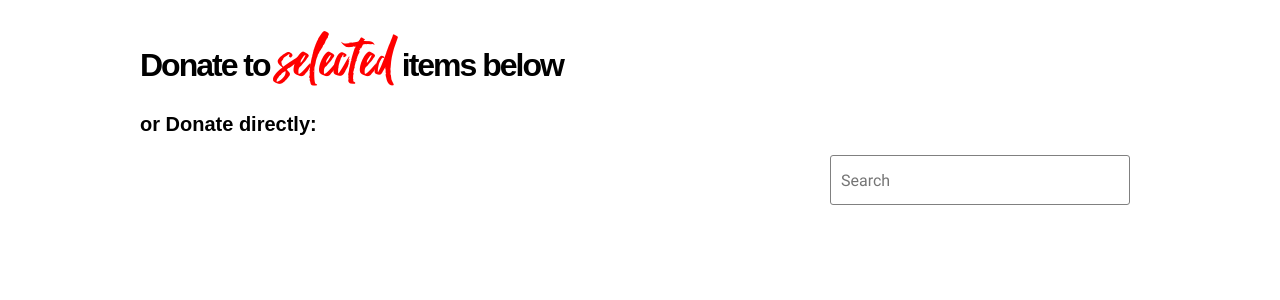
Repository: David-Waite/edableStyleChanges
Page: /
An editor plug-in stored every save of this project. The page is shown before and after a run of saves, followed by the edit.
The browser window is 1280 px wide. The pictures show the whole page.
The page's requests for data from a server got no answer. The project was rebuilt for these pictures with package versions that can differ from the ones it lists, and the page was loaded fresh each time. Some packages were replaced by stand-ins written for this rebuild. No one was signed in, and anything a server would have sent is missing. Queries for data that is not in the repository find no rows. Also part of the build but not shown: src/components/Item/ProgressBar.css, src/components/Volunteer/Volunteer.tsx, src/components/DonorForm/Message.css, src/components/Volunteer/VolunteerError.tsx, src/components/Default.tsx, src/components/DonorForm/Paypal.tsx, src/components/DonorForm/DonorForm.tsx, src/components/DonorForm/PastDonations.css and 8 more.

Above is the page before, as saved 2022-11-09 19:12:56.

### public/index.html
<!DOCTYPE html>
<html lang="en">
  <head>
    <meta charset="utf-8" />
    <link rel="icon" href="%PUBLIC_URL%/favicon.ico" />
    <meta name="viewport" content="width=device-width, initial-scale=1" />
    <meta name="theme-color" content="#000000" />
    <meta name="description" content="EdAble Donations System" />
    <link rel="apple-touch-icon" href="%PUBLIC_URL%/logo192.png" />
    <link rel="manifest" href="%PUBLIC_URL%/manifest.json" />
    <link
      rel="stylesheet"
      href="https://cdn.jsdelivr.net/npm/bootstrap@5.2.0-beta1/dist/css/bootstrap.min.css"
      integrity="sha384-0evHe/X+R7YkIZDRvuzKMRqM+OrBnVFBL6DOitfPri4tjfHxaWutUpFmBp4vmVor"
      crossorigin="anonymous"
    />
    <title>EdAble Donations</title>
  </head>
  <body>
    <noscript>You need to enable JavaScript to run this app.</noscript>
    <div id="root"></div>
  </body>
  <script src="./iframeResizer.contentWindow.min.js"></script>
</html>

### src/index.tsx
import React from 'react';
import ReactDOM from 'react-dom/client';
import './index.css';
import App from './App';
import reportWebVitals from './reportWebVitals';
import './fonts/Roboto/Roboto-Medium.ttf';
import './fonts/Lora/Lora-VariableFont_wght.ttf';

const root = ReactDOM.createRoot(
  document.getElementById('root') as HTMLElement
);
root.render(
  <React.StrictMode>
    <App />
  </React.StrictMode>
);

// If you want to start measuring performance in your app, pass a function
// to log results (for example: reportWebVitals(console.log))
// or send to an analytics endpoint. Learn more: https://bit.ly/CRA-vitals
reportWebVitals();

### src/index.css
body {
  margin: 0;
  -webkit-font-smoothing: antialiased;
  -moz-osx-font-smoothing: grayscale;
}

code {
  font-family: source-code-pro, Menlo, Monaco, Consolas, "Courier New",
    monospace;
}

* {
  box-sizing: border-box;
}

#page-wrap {
  padding-bottom: 10px;
  padding-top: 10px;
}
@font-face {
  font-family: "Roboto";
  src: local("Roboto"),
    url("./fonts/Roboto/Roboto-Medium.ttf") format("truetype");
}

@font-face {
  font-family: "Lora";
  src: local("Lora"),
    url("./fonts/Lora/Lora-VariableFont_wght.ttf") format("truetype");
}

@font-face {
  font-family: "black_stonealternative";
  src: local("blackStone"),
    url("./fonts/BlackStone/blackstone-alternative-webfont.woff") format("woff");
}

h1 {
  font-family: "Roboto";
  font-style: normal;
  font-weight: 700;
  font-size: 52px;
  line-height: 64px;
  /* identical to box height, or 123% */
  color: #000000;
}

h2 {
  font-family: "Lora";
  font-style: normal;
  font-weight: 700;
  font-size: 47px;
  line-height: 60px;
  /* identical to box height, or 128% */
  color: #f1f1f1;
}

h3 {
  font-family: "Lora";
  font-style: normal;
  font-weight: 700;
  font-size: 40px;
  line-height: 51px;
  color: #c4c4c4;
}

h4 {
  font-family: "Roboto";
  font-style: normal;
  font-weight: 700;
  font-size: 35px;
  line-height: 43px;
  /* identical to box height, or 123% */
  letter-spacing: 0.02em;
  color: #000000;
}

h5 {
  font-family: "Roboto";
  font-style: normal;
  font-weight: 700;
  font-size: 28px;
  line-height: 44px;
  /* identical to box height, or 157% */
  color: #000000;
}

h6 {
  font-family: "Roboto";
  font-style: normal;
  font-weight: 700;
  font-size: 21px;
  line-height: 25px;
  /* identical to box height */
  color: #000000;
}

body {
  font-family: "Roboto";
  font-style: normal;
  font-weight: 400;
  font-size: 21px;
  line-height: 32px;
  /* identical to box height, or 152% */
  color: #000000;
}

### src/App.tsx
import React from "react";
import "./App.css";
import { BrowserRouter, Routes, Route } from "react-router-dom";

import { PayPalScriptProvider } from "@paypal/react-paypal-js";
import Base from "./components/Base";
import Landing from "./components/Landing/Landing";
import Volunteer from "./components/Volunteer/Volunteer";
import VolunteerError from "./components/Volunteer/VolunteerError";
import Default from "./components/Default";
import Organisation from "./components/Organisation/Organisation";
import ItemPage from "./components/Item/ItemPage";
import Success from "./components/DonorForm/Success";
import Cancel from "./components/DonorForm/Cancel";
import PastDonations from "./components/DonorForm/PastDonations";
import PastItemDonations from "./components/DonorForm/PastItemDonations";
import DonateTime from "./components/Volunteer/DonateTime";

function App() {
  return (
    <PayPalScriptProvider
      options={{
        "client-id":
        process.env.REACT_APP_PAYPAL_CLIENT_ID||"ATT3Tn46NrmHggGqVC4mzWOZWlnbp2ID9DA0yQnhsgqPFIVPPlLhfSI_-atbZc3aN7n_k7wUVTyQJMnI",
        currency: "AUD",
      }}
    >
      <BrowserRouter>
        <Routes>
          <Route path="/" element={<Base />}>
            <Route path="/" element={<Landing />} />
            <Route path="volunteer" element={<Volunteer />} />
            <Route path="success" element={<Success />} />
            <Route path="organisation/:orgId" element={<Organisation />} />
            <Route path="cancel/:orgId" element={<Cancel />} />
            <Route path="volunteererror/:orgId" element={<VolunteerError />} />
            <Route path="organisation/:orgId" element={<PastDonations />} />
            <Route path="item/:orgID/:itemID" element={<ItemPage />} />
            <Route path="item/:orgID/:itemID" element={<PastItemDonations />} />
            <Route path="volunteer/organisation/:orgId" element={<DonateTime />} />
            <Route path="volunteer/success" element={<Success />} />

            {/* Using path="*"" means "match anything", so this route
                acts like a catch-all for URLs that we don't have explicit
              routes for. */}
            <Route path="*" element={<Default />} />
          </Route>
        </Routes>
      </BrowserRouter>
    </PayPalScriptProvider>
  );
}

export default App;

### src/App.css
.App {
  text-align: center;
}

.App-logo {
  height: 40vmin;
  pointer-events: none;
}

@media (prefers-reduced-motion: no-preference) {
  .App-logo {
    animation: App-logo-spin infinite 20s linear;
  }
}

.App-header {
  background-color: #282c34;
  min-height: 100vh;
  display: flex;
  flex-direction: column;
  align-items: center;
  justify-content: center;
  font-size: calc(10px + 2vmin);
  color: white;
}

.App-link {
  color: #61dafb;
}

@keyframes App-logo-spin {
  from {
    transform: rotate(0deg);
  }
  to {
    transform: rotate(360deg);
  }
}

.font-face-rob {
  font-family: "Roboto";
}

.font-face-lora {
  font-family: "Lora";
}

.font-face-Black {
  font-family: "black_stonealternative";
}

### src/components/Base.tsx
import { Outlet } from 'react-router-dom';

function BasePage() {
  return (
    <>
      {/* An <Outlet> renders whatever child route is currently active,
          so you can think about this <Outlet> as a placeholder for
        the child routes we defined above. */}
      <Outlet/>
    </>
  );
}

export default BasePage;

### src/components/Landing/Landing.tsx
import { useEffect, useState } from "react";
import "./Landing.css";
import { Link } from "react-router-dom";
import { db } from "../../config/firebase";
import { collection, query, onSnapshot, where } from "firebase/firestore";
import { Button, Container, Carousel, Row, Col } from "react-bootstrap";
import { ReactComponent as InclusionHero } from "./InclusionHero.svg";

import Sidebar from "./Sidebar";
import ItemsCollection from "./ItemsCollection";
import Organisation from "../Organisation/Organisation";

function Landing() {
  const [orgList, setOrgList] = useState<any>([]);

  // gets all the orgs from dbs
  useEffect(() => {
    const q = query(
      collection(db, "Organisations"),
      where("activeStatus", "==", true)
    );
    onSnapshot(q, (querySnapshot) => {
      // setOrgList dumps all the orgs in orgList
      setOrgList(
        querySnapshot.docs.map((doc) => ({
          id: doc.id,
          data: doc.data(),
        }))
      );
    });
  }, []);

  useEffect(() => {
    window.scrollTo(0, 0);
  }, []);

  return (
    //   these lines set up the format of the page
    <>
      <div className="landing">
        {/* Burger menu */}

        <div className="App" id="outer-container">
          {/* Carousel */}
          <div className="slideshowCon">
            <Row>
              <Col>
                <div className="carouselContainer">
                  <Carousel
                    touch={true}
                    interval={4000}
                    indicators={true}
                    variant="light"
                  >
                    {orgList.map((org: any) => (
                      <Carousel.Item
                        key={org.id.toString()}
                        style={{
                          textAlign: "left",
                        }}
                      >
                        <Link
                          to={`organisation/${org.id}`}
                          style={{
                            textDecoration: "none",
                            color: "black",
                          }}
                        >
                          {/* this div contains the carousel item's contents and makes the whole carousel item a link (based on link tag above) */}
                          <div className="carousel-contents">
                            <img
                              className="carouselImage"
                              src={`${org.data.img}`}
                            />

                            <div className="caroursel-text">
                              <div className="carousel-contents-bottom">
                                <div>
                                  {" "}
                                  <h2 className="title">{org.data.name}</h2>
                                  <p className="orgSummary">
                                    {org.data.summary}
                                  </p>
                                </div>

                                <Button
                                  className="btnContribute"
                                  variant="warning"
                                >
                                  DONATE TO&#160;
                                  {org.data.name.toUpperCase()}!
                                </Button>
                              </div>
                            </div>
                          </div>
                        </Link>
                      </Carousel.Item>
                    ))}
                  </Carousel>
                </div>
              </Col>
            </Row>
          </div>
        </div>

        <div>
          <h2 className="pageTitle">
            Donate to <span>selected</span> items below
            <br />
          </h2>
          <div className="selectOrgCon">
            <h2 className="selectOrg">or Donate directly:</h2>
          </div>
        </div>

        <ItemsCollection orgList={orgList} />
      </div>
    </>
  );
}

export default Landing;

### src/components/Landing/Landing.css
.carousel-control-next,
.carousel-control-prev {
  width: 10%;
}

.landing {
  max-width: 1000px;

  margin: 0px auto 90px;
}
.pageTitle {
  font-size: 32px;
  color: black;
  font-family: sans-serif;
  margin-top: 60px;
  margin-bottom: 40px;
  letter-spacing: -2px;
  line-height: 0px;
  font-weight: 700;
}

.title {
  font-size: 32px;
  color: white;
  font-family: sans-serif;
}
.pageTitle span {
  font-family: "black_stonealternative";
  margin-left: 0px;
  margin-right: 0px;
  font-size: 55px;
  letter-spacing: 1px;
  font-weight: 100;
}

.selectOrg {
  font-size: 20px;
  color: black;
  font-family: sans-serif;
  padding-top: 5px;
  font-weight: 700;
}
.selectOrgCon {
  height: 40px;
  display: flex;
  align-items: center;
  margin-bottom: 0px;
}

.col {
  padding: 0;
}

.navBarContainer {
  margin-left: 30px;
  margin-top: 10px;
  position: absolute;
  color: white;
}

.carousel {
  /* margin: 3px; */
  /* border-radius: 30px; */

  color: white;
  /* height: ; */
}

.carouselImage {
  object-fit: cover;
  height: calc(500px - 140px);
}

.carousel-contents {
  display: flex;

  flex-direction: column;
  justify-content: flex-end;

  color: white;
  height: 500px;
}

.carousel-indicators {
  margin-bottom: 10px;
}

.carousel-contents-bottom {
  display: flex;
  align-items: center;
  justify-content: space-between;
  gap: 10px;

  margin-bottom: 30px;
}

.caroursel-text {
  padding: 0px 25px;
  height: 140px;
  background-color: #333333;
}

.btnContribute {
  background-color: #e50040;
  color: white;
  border: none;
  border-radius: 3px;
}

.btnContribute span {
  margin-left: 3px;
  font-size: 16px;
  font-weight: 400;
  color: white;
}

.btnContribute div {
  font-size: 16px;
  font-weight: 400;
  margin: 0;
}

.btnContribute:hover {
  background-color: #d4033e;
  color: white;
}

.orgSummary {
  font-size: 16px;
  line-height: 25px;
  margin-bottom: 0px;
}

.imgCarousel {
  width: 100%;
  height: 600px;
}

.orgList {
  font-family: sans-serif;
  font-size: 20px;
  color: black;
}

.orgListCon {
  display: flex;
  align-items: center;
}
@media (max-width: 1040px) {
  .landing {
    padding: 0 20px;
  }
}

@media (max-width: 900px) {
  .title {
    font-size: 28px !important;
  }
}

@media (max-width: 800px) {
  .carousel-contents-bottom {
    flex-direction: column;
    align-items: flex-start;

    gap: 0px;
  }
  .caroursel-text {
    height: 200px;
  }
}

@media (max-width: 500px) {
  .btnContribute div {
    width: 100%;
  }

  .caroursel-text {
    height: 220px;
  }
}

@media (max-width: 370px) {
  .btnContribute {
    margin-top: -10px;
    font-size: 10px;
  }
}

@media (max-width: 325px) {
  .btnContribute span {
    font-size: 9px;
  }
}

/* #carousel-indicators {
    color:rgb(17, 0, 61)
} */

/* Button {
  font-size: x-small;
  style={{ backgroundImage: `url(${org.data.img})` }}




   <img
                              className="imgCarousel"
                              src={org.data.img}
                              alt={`${org.data.name}` + "'s logo"}
                            />
} */

### src/config/firebase.js
import { initializeApp } from "firebase/app";
import { getFirestore } from "firebase/firestore";
import { initializeAppCheck, ReCaptchaV3Provider } from "firebase/app-check";

const firebaseConfig = {
  apiKey: "AIzaSyDs6EtNxxw7Q9vqGTd9EFzCkpK4aQ9u_dY",
  authDomain: "edable-swinburne.firebaseapp.com",
  projectId: "edable-swinburne",
  storageBucket: "edable-swinburne.appspot.com",
  messagingSenderId: "217658206897",
  appId: "1:217658206897:web:529a69fce1bf349d7ad090",
  measurementId: "G-2R2MP9QZ9F",
};

// Initialize Firebase
const app = initializeApp(firebaseConfig);
const db = getFirestore(app);

// app check
const appCheck = initializeAppCheck(app, {
  provider: new ReCaptchaV3Provider("6LcACHkiAAAAAI-dIVsdXLO9-vrCICsqM5sRRjbJ"),
  isTokenAutoRefreshEnabled: true,
});

export { db };

### src/components/Landing/ItemsCollection.tsx
import { useState, useEffect } from "react";
import {
  collectionGroup,
  query,
  onSnapshot,
  collection,
  where,
  getDocs,
} from "firebase/firestore";
import { db } from "../../config/firebase";
import Card from "react-bootstrap/Card";
import ProgressBar from "react-bootstrap/ProgressBar";
import { Link } from "react-router-dom";
import styles from "./ItemsCollection.module.css";
import "../Item/ProgressBar.css";

function ItemsCollection(props: any) {
  const [itemList, setItemList] = useState<any>([]);
  const [search, setSearch] = useState<string>("");

  useEffect(() => {
    const q = query(
      collectionGroup(db, "Items"),
      where("activeStatus", "==", true)
    );

    onSnapshot(q, async (querySnapshot) => {
      setItemList(
        querySnapshot.docs.map((doc) => ({
          id: doc.id,
          data: doc.data(),
          parentDoc: doc.ref.parent.parent?.id,
        }))
      );
    });
  }, []);

  function mergeLists() {
    const mergeList: any = [];
    itemList.map((item: any) => {
      props.orgList.map((org: any) => {
        if (item.parentDoc === org.id) {
          if (item.data.activeStatus === true) {
            mergeList.push({
              ...item,
              orgName: org.data.name,
              orgActiveStatus: org.data.activeStatus,
            });
          }
        }
      });
    });
    return mergeList;
  }

  const mergeList = mergeLists();

  const handleChange = (e: React.ChangeEvent<HTMLInputElement>) => {
    setSearch(e.target.value);
  };
  const filteredItems = mergeList.filter((item: any) =>
    item.data.name.toLowerCase().includes(search.toLowerCase())
  );

  return (
    <>
      <div className={styles.containerDiv}>
        <div
          className={styles.searchBar}
          style={{
            borderRadius: "3px",
            display: "flex",
            alignItems: "right",
            justifyContent: "right",
          }}
        >
          <input
            style={{ fontSize: "16px" }}
            className={styles.input}
            type="text"
            onChange={handleChange}
            placeholder="Search"
          />
        </div>

        <div className={styles.cardParentDiv}>
          {filteredItems.map((item: any) => (
            <div key={item.id.toString()} className={styles.cards}>
              <div className={styles.cardImage}>
                <img src={item.data.img} alt={`Image of  ${item.data.name}`} />
              </div>

              <div className={styles.cardBody}>
                <div>
                  <h3 className={styles.cardTitle}>
                    {item.orgName}:
                    <br />
                    <span>{item.data.name}</span>
                  </h3>

                  <p className={styles.cardDes}>{item.data.summary}</p>
                </div>

                <div className={styles.bottomHalfCard}>
                  <p>
                    ${item.data.totalDonationsValue || 0} of $
                    {item.data.initialPrice}
                  </p>
                  <ProgressBar
                    striped
                    now={
                      item.data.totalDonationsValue
                        ? (item.data.totalDonationsValue /
                            item.data.initialPrice) *
                          100
                        : 0
                    }
                    label={`${Math.round(
                      (item.data.totalDonationsValue / item.data.initialPrice) *
                        100
                    )}%`}
                  />
                  <Link
                    style={{
                      textDecoration: "none",
                      color: "black",
                    }}
                    to={`item/${item.parentDoc}/${item.id}`}
                  >
                    <div className={styles.btn}>DONATE NOW!</div>
                  </Link>
                </div>
              </div>
            </div>
          ))}
        </div>
      </div>
    </>
  );
}

export default ItemsCollection;

### src/components/Organisation/Organisation.module.css
.body {
  background-color: black;
}

* {
  margin: 0;
  padding: 0;
}

img {
  max-width: 100%;
}

.section {
  max-width: 1000px;
  margin: 0 auto;
  background-color: white;
}

.orgName,
.volunteerOrgName span {
  font-family: "black_stonealternative";
  margin-left: 0px;
  margin-right: 0px;
  font-size: 55px;
  font-weight: 100;
  color: #5e17a9;
  line-height: 45px;
}

.orgNameSpan,
.volunteerOrgName {
  font-size: 32px;
  color: black;
  font-family: sans-serif;
  font-weight: 600;
  line-height: normal;
}
.volunteerOrgName span {
  color: #5e17a9;
}
.line {
  margin: 20px 0 30px;
  height: 3px;
  width: 70px;
  background-color: #511493;
}

.itemName {
  font-size: 32px;
  color: black;
  font-family: sans-serif;
  font-weight: 600;
  line-height: normal;
}

.itemImgDesktop {
  margin-bottom: 20px;
}

.sideIdmage {
  display: flex;
  flex-direction: column;
}

.itemImgMobile,
.mobileSideImg {
  display: none;
}

.itemName span {
  color: #511493;
  font-size: 33px;
}

.des {
  margin-top: 20px;
  font-size: 16px;
  font-weight: 100;
  line-height: 25px;
  color: #333333;
}
.mainContent {
  margin-top: 40px;
  display: grid;
  grid-template-columns: 1fr 1.5fr;
  gap: 80px;
}
.btn {
  display: flex;
  align-items: center;
  height: 40px;
  color: white;

  border-radius: 3px !important;
  font-size: 16px;
  font-weight: 400;
  padding: 0 15px;
}

a {
  text-decoration: none !important;
}
.websiteBtn {
  height: 40px;

  border-radius: 3px !important;
  font-size: 16px;
  font-weight: 400;
  padding: 10px 15px;

  color: white;
  background-color: #511493;
}
.btn:hover {
  color: white;
}

.goBack {
  background-color: #e50040;
}

.goBack:hover {
  background-color: #f16800;
}

.orgImg {
  width: 100%;
  height: 500px;
  object-fit: cover;
}

.website {
  padding: 30px;
  margin-top: 10px;
  background: linear-gradient(58.89deg, #5e17a9 31.3%, #e50040 67.75%);
  color: white;
}

.website div {
  margin-top: 10px;
}
.website a {
  background-color: #e50040;
  width: 100%;
  color: white;
  border-radius: 3px !important;
  font-size: 16px;
  font-weight: 400;
  padding: 10px 15px;
}

.header {
  margin: 10px 0;
  display: flex;
  gap: 10px;

  align-items: center;
}

h6 {
  margin-top: 30px;
  font-size: 33px;
  font-weight: 400;
  line-height: 30px;
}

h6 div {
  font-family: "black_stonealternative";
  margin-top: 30px;
  color: #5e17a9;
  font-size: 55px;
  letter-spacing: 1px;
  font-weight: 100;
}

.orgDescription {
  margin-top: 20px;
  font-size: 16;
}

.formCon {
  margin-top: 20px;
}

.btnPurple {
  background-color: #511493;
}
.topItem {
  display: flex;
  align-items: center;
  gap: 40px;
}

.backButton {
  margin-top: 30px;
  color: white;
  border-radius: 3px;
  background-color: #e50040;
  border: none;
}

.backButton:hover {
  color: white;

  background-color: #d4033e;
}

.topButton:hover {
  background-color: #f16800;
}

.card {
  border-radius: 3px;
  border: none;

  background-color: #f4f4f4;
}

.card img {
  width: 100%;
}

.cardContent {
  padding: 20px;
}

.cardTitle {
  font-size: 18px;
  color: black;
  font-family: sans-serif;
  height: auto;
  line-height: 25px;
}

.cardDes {
  margin-top: 0px;
  color: rgb(29, 29, 29);
  font-size: 16px;
  letter-spacing: 0.1px;
  line-height: 20px;
  font-weight: 400;
}

@media (max-width: 1040px) {
  .section {
    padding: 0 20px;
  }
}
@media (max-width: 700px) {
  .content {
    padding: 0 20px 50px;
  }
  .formContainer {
    padding: 30px 20px;
  }
  .topItem {
    display: flex;
    flex-direction: column;
    gap: 40px;
  }
  .card {
    width: 100%;
  }
}

@media (max-width: 900px) {
  .mainContent {
    display: grid;
    grid-template-columns: 1fr;
    gap: 20px;
    margin-bottom: 10px;
  }
  .itemImgDesktop,
  .desktopSideImg {
    display: none;
  }
  .mobileSideImg {
    display: block;
  }

  .itemImgMobile {
    display: block;
    width: 100%;
  }
}

@media (max-width: 500px) {
  label {
    font-size: 10px;
  }

  h6 {
    font-size: 25px;
  }
  h6 span {
    font-size: 40px;
  }
  .btn {
    font-size: 12px;
  }
}

### src/components/Landing/ItemsCollection.module.css
.containerDiv {
  /* background-color: rgb(212, 238, 249); */
  border-radius: 40px;
}

.searchBar {
  border-radius: 3px !important;
  padding: 0;
}
.title {
  font-size: 32px;
  color: black;
  font-family: sans-serif;
  margin-top: 60px;
  margin-bottom: 40px;

  letter-spacing: -2px;
}

.title span {
  font-family: "black_stonealternative";
  margin-left: 0px;
  margin-right: 0px;
  font-size: 55px;
  letter-spacing: 1px;
  font-weight: 100;
}

.input {
  margin: 10px;
  width: 300px;
  border-radius: 3px;
  padding: 2px 10px;
}

.cardParentDiv {
  margin-top: 20px;
  display: grid;
  grid-template-columns: 1fr 1fr 1fr;
  gap: 30px;
}

.bottomHalfCard {
  align-self: end;
}
.cardParentDiv img {
  width: 100%;
  height: 180px;
  object-fit: cover;
  padding: 0;
  margin: 0;
}

.cardImage {
  height: 180px;
}
.cardTitle {
  font-size: 18px;
  color: black;
  font-family: sans-serif;
  height: auto;
  line-height: 25px;
}

.cardTitle span {
  color: #e50040;
}

.cardDes {
  height: 60px;
  margin-top: 0px;
  color: rgb(29, 29, 29);
  font-size: 16px;
  letter-spacing: 0.1px;
  line-height: 16px;
  font-weight: 400;
}

.btn {
  text-decoration: none;
  color: white;
  display: flex;
  align-items: center;
  justify-content: center;
  height: 40px;
  margin-top: 10px;
  margin-bottom: -15px;
  text-align: center;
  border-radius: 3px;
  font-size: 16px;
  font-weight: 400;

  background-color: #5e17a9;
}

.cardBody {
  padding: 10px 10px 30px 10px;
}

.cards {
  border-radius: 3px;
  border: none;
  background-color: #f4f4f4;
}

@media (max-width: 1040px) {
  .cardParentDiv {
    grid-template-columns: 1fr 1fr;
    gap: 60px;
  }
  .input {
    width: calc(100vw - 40px);
  }
}

@media (max-width: 650px) {
  .cardParentDiv {
    grid-template-columns: 1fr 1fr;
    gap: 20px;
  }
}

@media (max-width: 600px) {
  .cardParentDiv {
    grid-template-columns: 1fr;
    gap: 20px;
  }
}

### src/components/DonorForm/DonorForm.css
.donorInfoContainer {
  background-color: rgb(238, 238, 238);
  padding: 20px 40px;
  border-radius: 3px;
}

.formTitle {
  color: #5e17a9;
}

.presetButtons {
  display: flex;
  align-items: center;
  justify-content: flex-start;
  margin-bottom: -20px;
}

label,
.or {
  padding: 5px 0;
  font-weight: lighter;
}

label span {
  color: rgb(176, 53, 53);
  margin-left: 2px;
}

input:disabled {
  background-color: rgb(197, 197, 197);
}

.checkbox {
  display: flex;
  justify-content: start;
  align-items: center;
}

.checkbox input {
  width: auto;
  margin-right: 5px;
}

.monthlyPayment {
  margin-top: 15px;
  margin-bottom: -25px;
}

.availablity {
  display: flex;
  gap: 60px;
  padding-bottom: 10px;
}

.isAron {
  margin-top: 15px;
}
.mailingList {
  margin-bottom: 15px;
}
input,
select {
  height: 50px;
  width: 100%;
  border: 0.1px solid;
  border-color: grey;
  border-radius: 5px;
}

select {
  padding: 15px 10px;
  border: none;
}

span {
  font-size: large;
  color: red;
}

.proceedPayBtn {
  color: white;
  background-color: #ff7000;
  border-color: #ff7000;
  margin-right: auto;
}

.proceedPayBtn:hover {
  background-color: #f16800;
  color: white;
}

button {
  border-radius: 4px;
  border: 1px solid rgb(215, 215, 215);
  padding: 5px 10px;
  font-size: 14px;
  margin: 5px;
  color: white;
  background-color: #ff7000;
  border-color: #ff7000;
}

button[type="submit"],
input[type="submit"] {
  background: #ec598f;
  color: white;
  text-transform: uppercase;
  border: none;
  margin-top: 40px;
  padding: 10px;
  font-size: 16px;
  font-weight: 400;
  letter-spacing: 10px;
}

Loaded but not shown: src/reportWebVitals.ts (common file); public/iframeResizer.contentWindow.min.js (library)

After the next 3 saves:
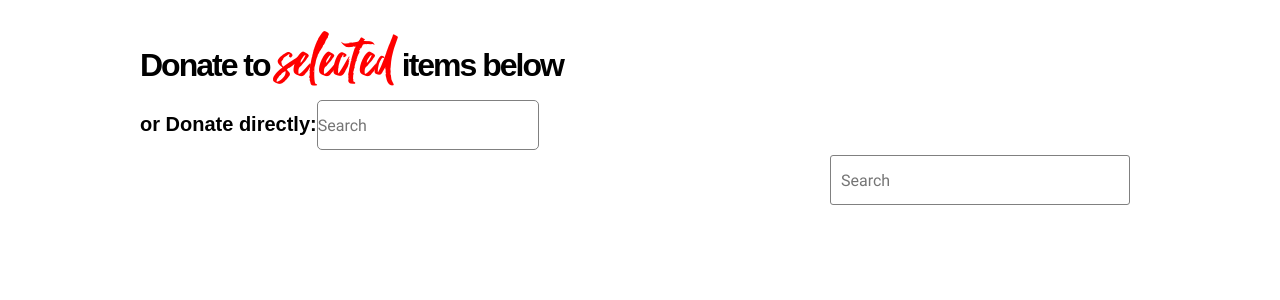
The 3 saves are shown as one change because 2 did not build or start.
The last was saved 55 s later.
--- a/src/components/Landing/Landing.tsx
+++ b/src/components/Landing/Landing.tsx
@@ -110,6 +110,22 @@ function Landing() {
           </h2>
           <div className="selectOrgCon">
             <h2 className="selectOrg">or Donate directly:</h2>
+            <div
+              className="searchBar"
+              style={{
+                borderRadius: "3px",
+                display: "flex",
+                alignItems: "right",
+                justifyContent: "right",
+              }}
+            >
+              <input
+                style={{ fontSize: "16px" }}
+                className="input"
+                type="text"
+                placeholder="Search"
+              />
+            </div>
           </div>
         </div>
 
